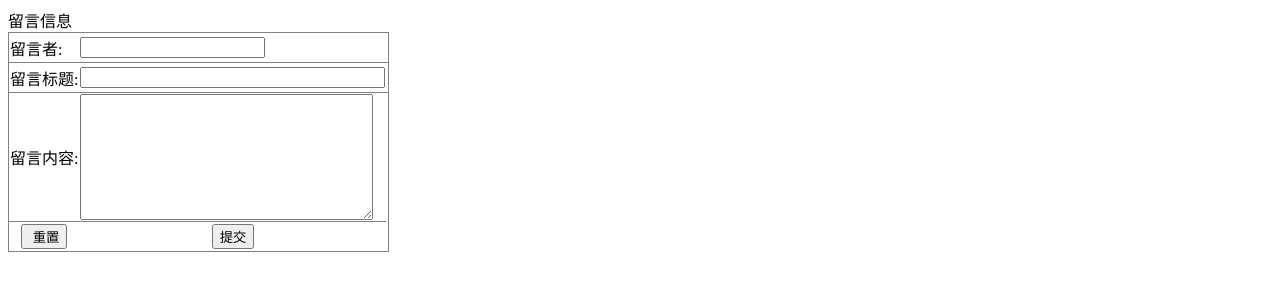
Repository: wikelgc/JSP
Page: http://localhost/HTML5_from/
These files come from the project's save history. The page is drawn as it stood at one moment and after the next save; the edit follows.
The browser window is 1280 px wide. The pictures show the whole page.
The page is served by Tomcat 9.

Above is the page before, as saved 2015-06-02 08:19:24.

After the next save:
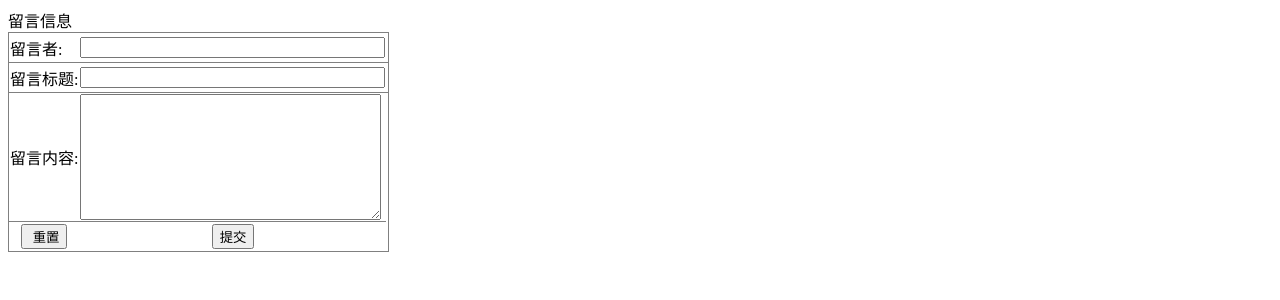
Saved 2 min 21 s later.
--- a/HTML5_from/WebRoot/index.jsp
+++ b/HTML5_from/WebRoot/index.jsp
@@ -10,11 +10,11 @@
     <from action = "addWord.jsp" method = "post">
     	<table border = "1" rules = "rows">
     		<tr height = "30">
-	    		<td>留言者:</td><td><input type="text" name="author" size="20"><td><tr>
+	    		<td>留言者:</td><td><input type="text" name="author" size="35"><td><tr>
 	    	<tr height = "30">
 	    		<td>留言标题:</td><td><input type = "text" name = "title" size="35" ><td><tr>
 	    	<tr>
-	    		<td>留言内容:</td><td><textarea name = "content" rows= "8" cols = "34" ></textarea></td></tr>
+	    		<td>留言内容:</td><td><textarea name = "content" rows= "8" cols = "35" ></textarea></td></tr>
 	    	<tr align = "center" height = "30">
 	    	  	<td><input type = "reset" value=" 重置"></td>
 	    	  	<td><input type = "submit" value = "提交"></td>
